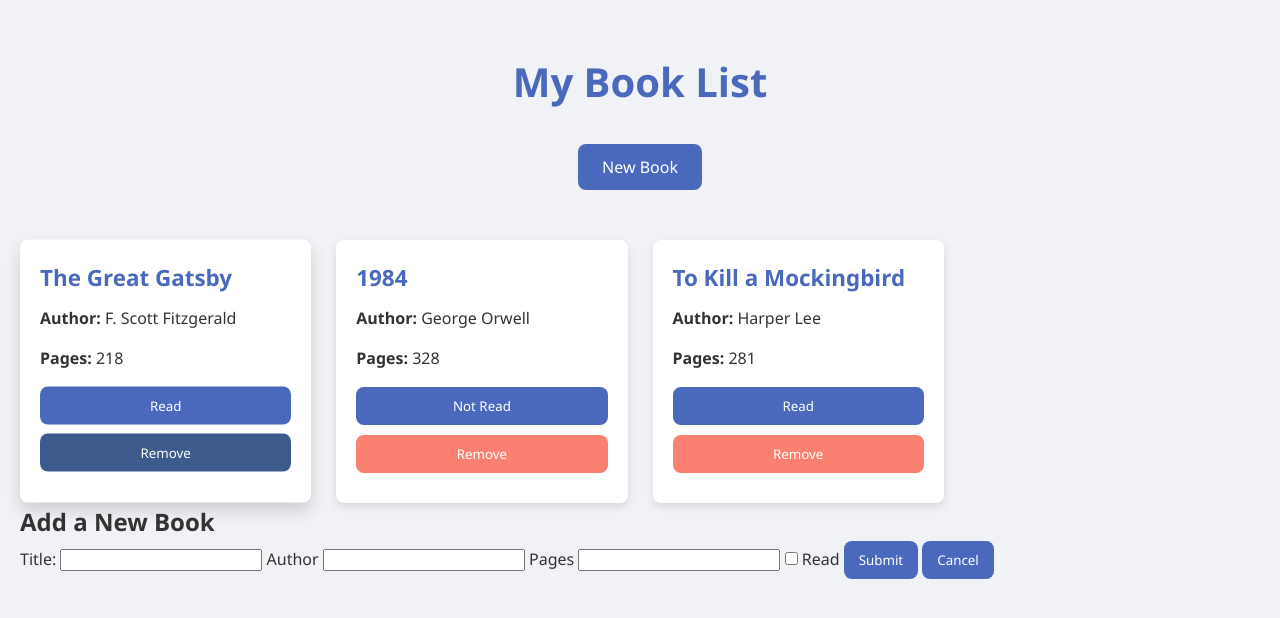
Repository: gkintu/odin-book-library
Page: index.html
These files come from the project's save history. The page is drawn as it stood at one moment and after the next save; the edit follows.
The browser window is 1280 px wide. The pictures show the whole page.
The pointer rests on the first visible `.remove-btn`.

Above is the page before, as saved 2025-03-11 14:32:35.

After the next save:
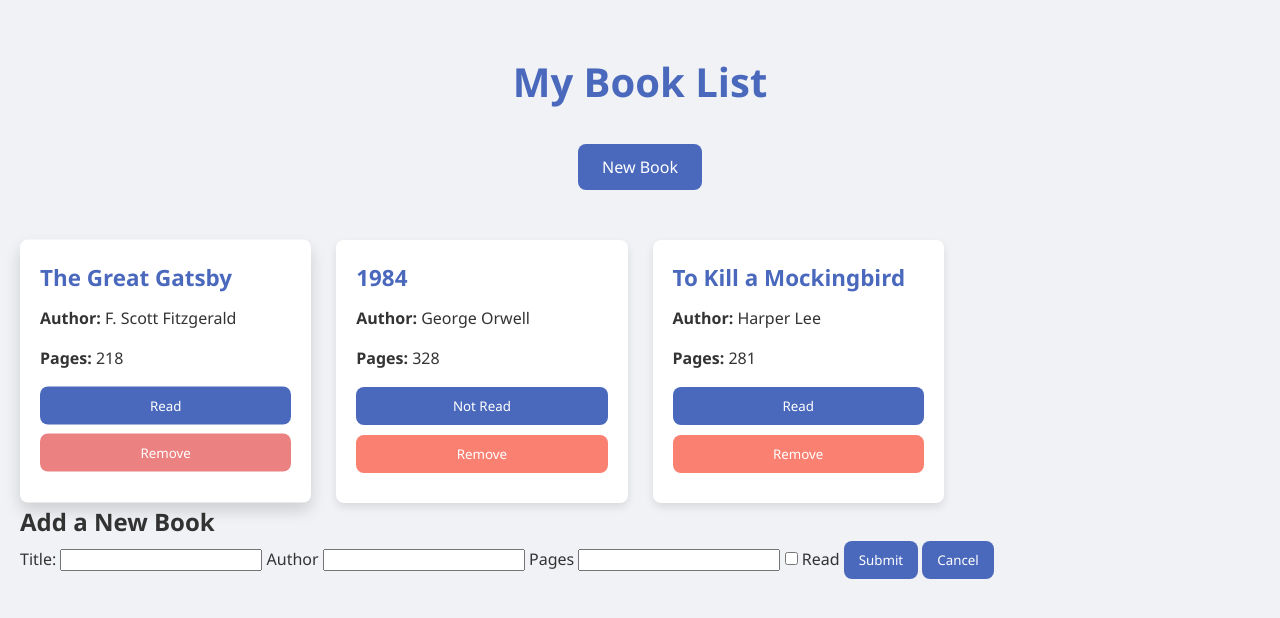
Saved 4 min 54 s later.
--- a/style.css
+++ b/style.css
@@ -92,3 +92,7 @@ h1 {
 .remove-btn {
     background-color:  #fa8072
 }
+
+.remove-btn:hover {
+    background-color: #ec8181;
+}
